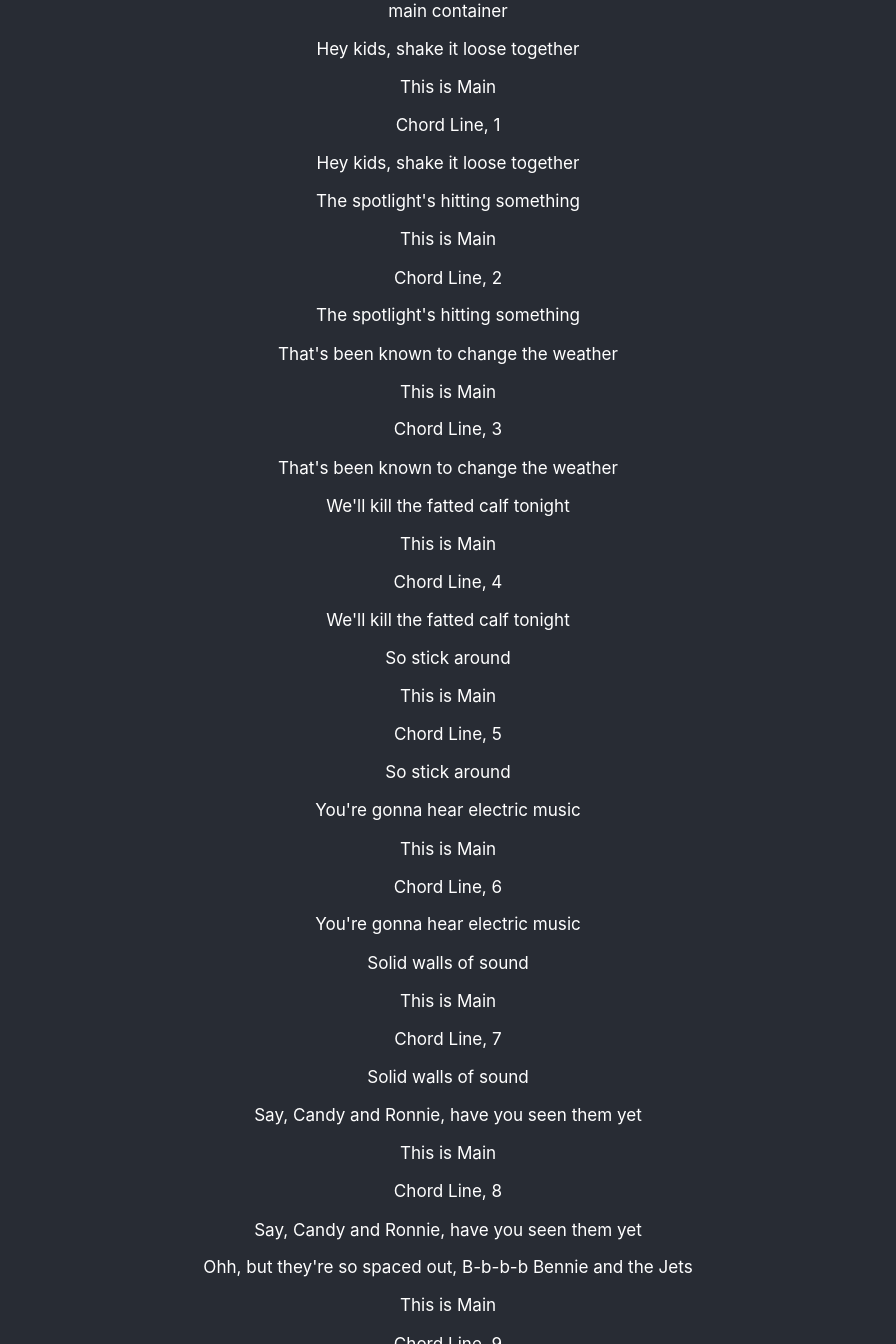
Repository: mattnoth/easy-nash-tab
Page: /
The author's editor kept a copy of each file at every save. The page is drawn from the files as they stood at one save, then again after the next save.
The browser window is 1280 px wide. The pictures show the part of the page from y = 0 to 1920 px (the page is 9627 px tall before and 12020 px after), at 70% of full size.
The project was rebuilt for these pictures with package versions that can differ from the ones it lists, and the page was loaded fresh each time.

Above is the page before, as saved 2022-08-06 16:55:52.

After the next save:
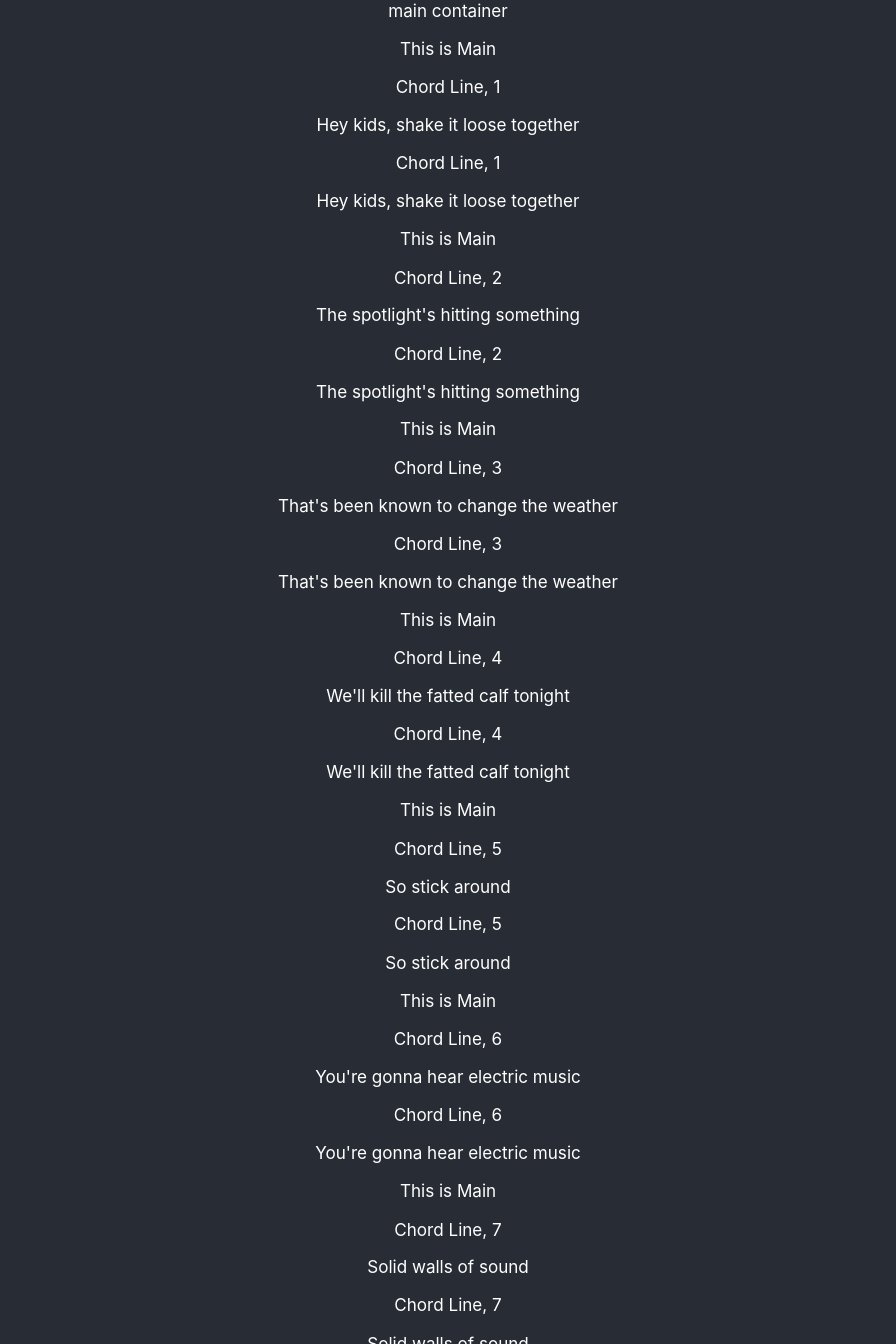
Saved 60 s later.
--- a/src/components/MainContainers/Main.js
+++ b/src/components/MainContainers/Main.js
@@ -3,8 +3,10 @@
 function Main({ line }) {
     return (
         <div>
+            <p>This is Main</p>
+            <p>Chord Line, {line?.currentId}</p>
             <p> {line?.lyric}</p>
-            <p>This is Main</p>
+
         </div>
     );
 }
